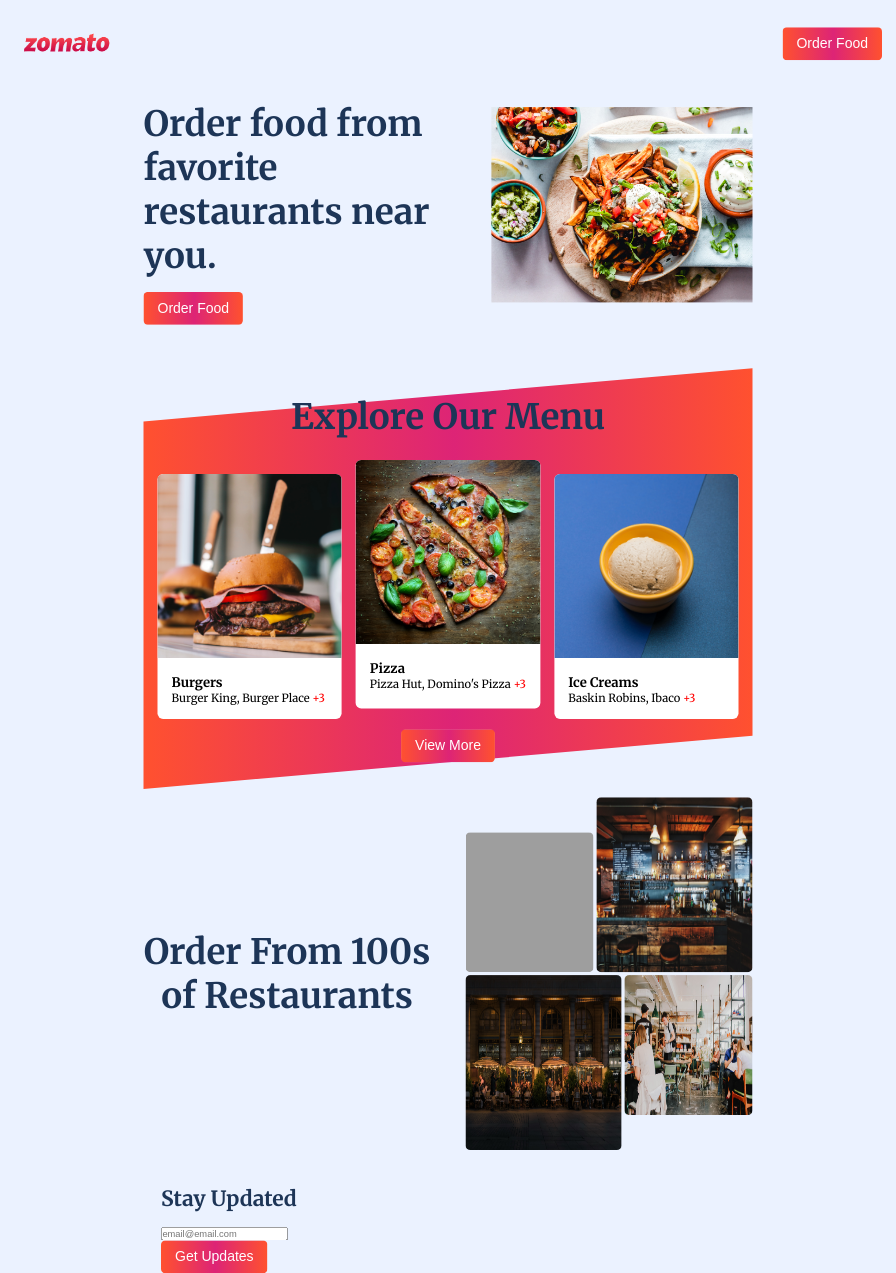
Repository: srush-shah/LandingPage-Project-ShapeAI
Page: index.html
These files come from the project's save history. The page is drawn as it stood at one moment and after a run of saves; the edit follows.
The browser window is 1280 px wide. The pictures show the part of the page from y = 0 to 1920 px (the page is 1819 px tall before and 4726 px after), at 70% of full size.
Pictures or frames that could not be fetched are drawn as grey boxes.

Above is the page before, as saved 2021-09-21 18:18:01.

After the next 2 saves:
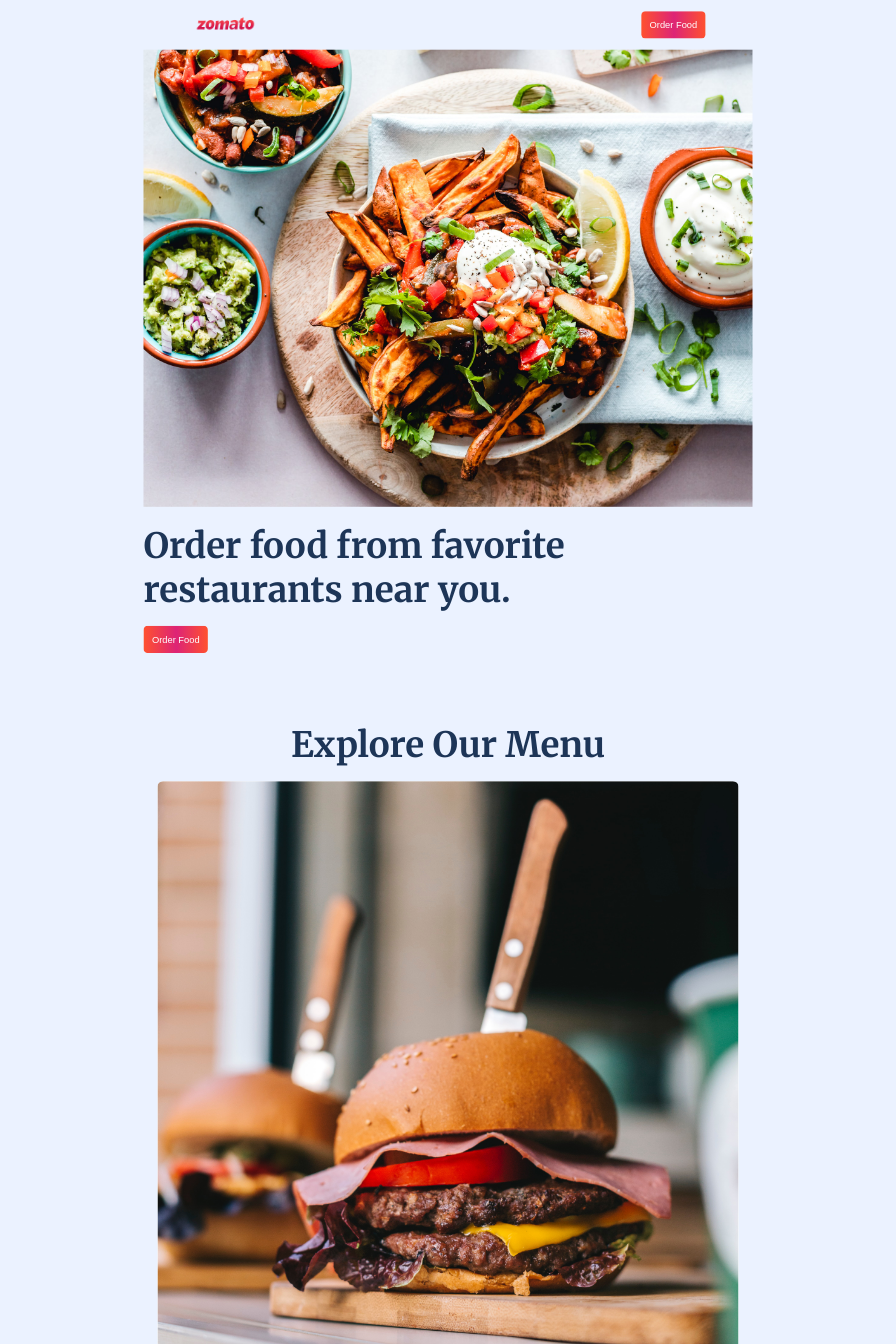
The 2 saves are shown as one change because they came seconds apart.
The last was saved 85 s later.
--- a/style.css
+++ b/style.css
@@ -157,6 +157,8 @@
   margin: 20px 0;
 }
 
+.subscribe
+
 @media (min-width: 768px) {
   .navbar {
     justify-content: space-between;

After the save that followed:
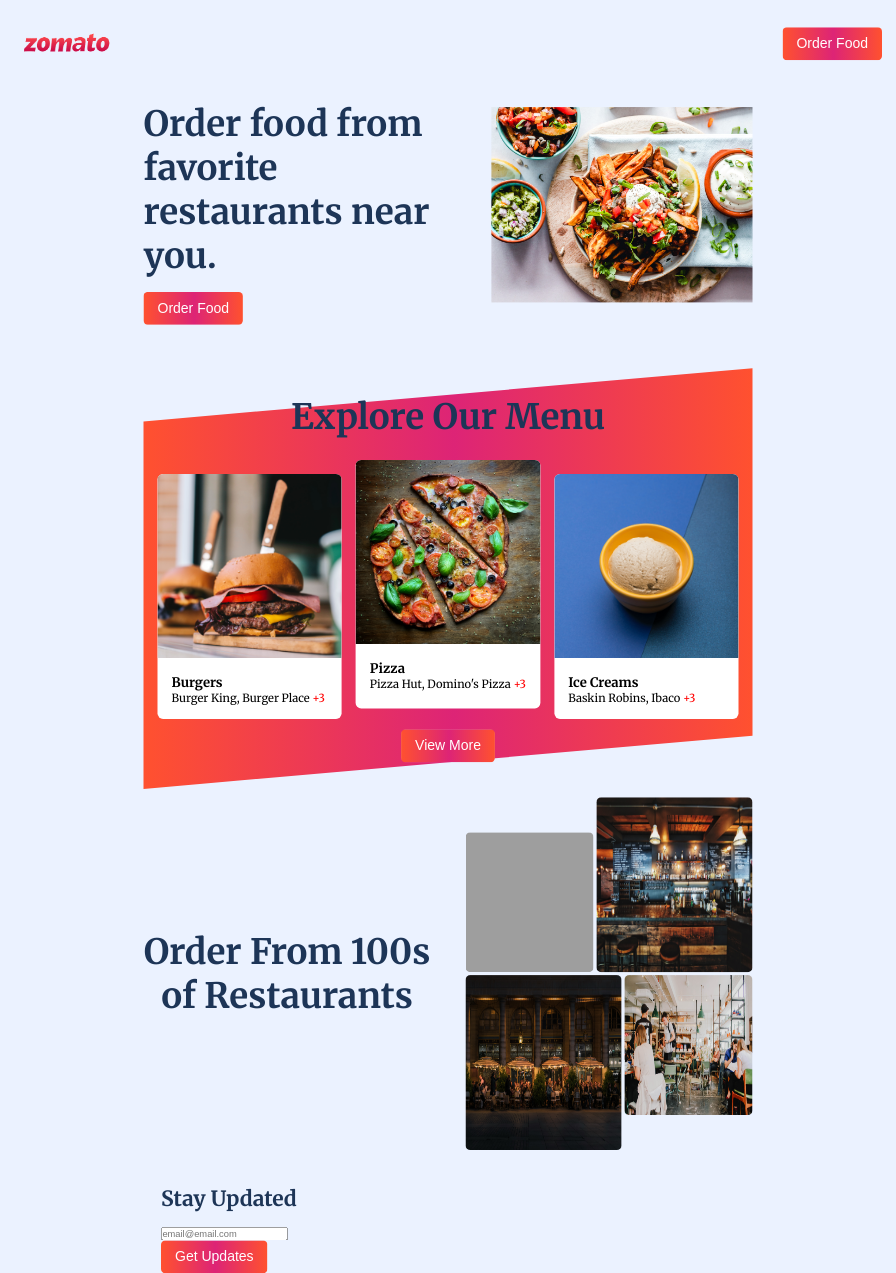
Saved 4 s later.
--- a/style.css
+++ b/style.css
@@ -157,7 +157,9 @@
   margin: 20px 0;
 }
 
-.subscribe
+.subscribe-flex {
+
+}
 
 @media (min-width: 768px) {
   .navbar {
